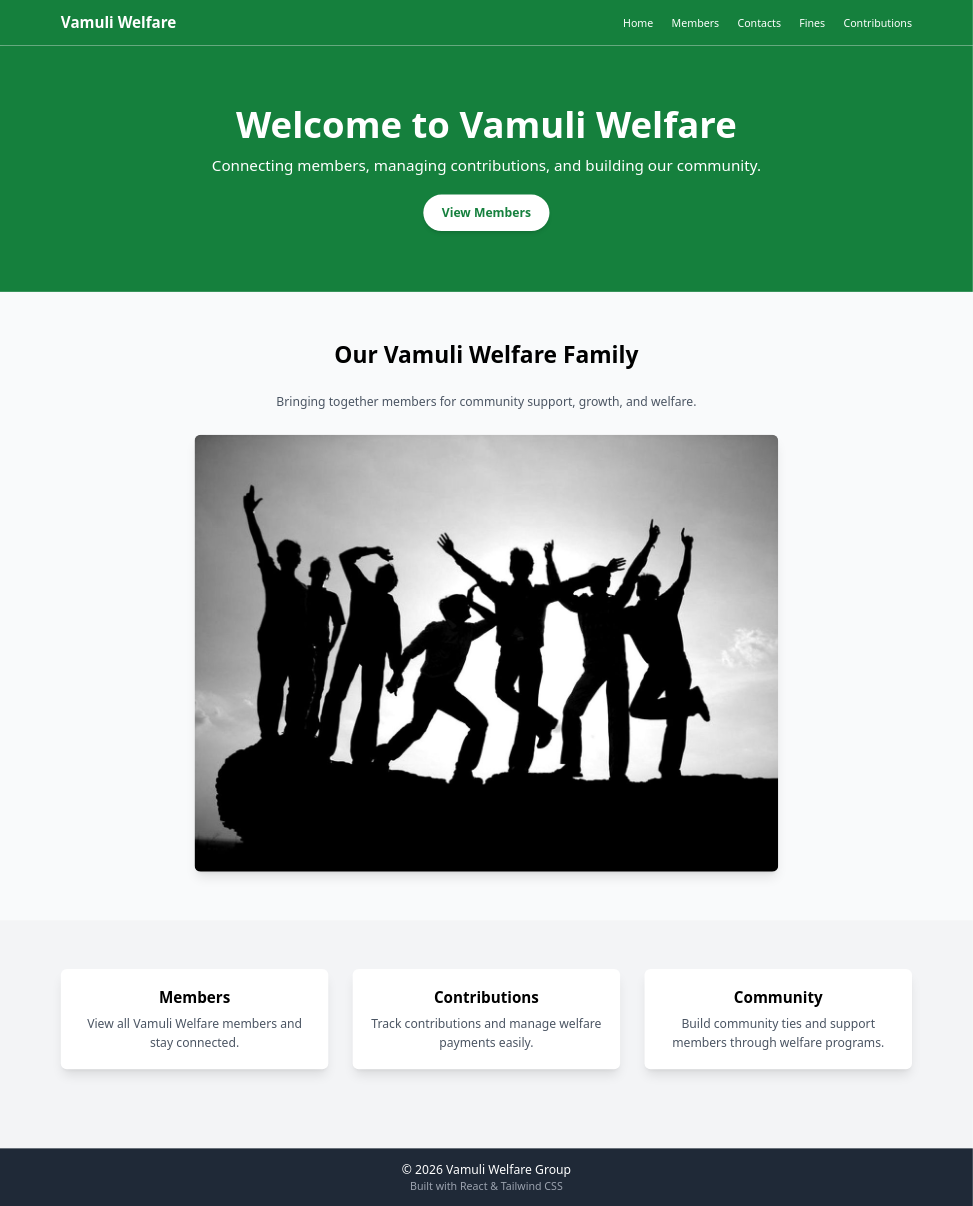
Repository: Engineer-collo/Vamuli-welfare
Page: /
An editor plug-in stored every save of this project. The page is shown before and after a run of saves, followed by the edit.
The browser window is 1280 px wide. The pictures show the whole page, at 76% of full size.
The project was rebuilt for these pictures with package versions that can differ from the ones it lists, and the page was loaded fresh each time. Also part of the build but not shown: vite.config.js, src/pages/Members.jsx, src/pages/ContributionsTable.jsx, src/pages/FinesTable.jsx.

Above is the page before, as saved 2026-03-16 10:55:25.

### index.html
<!doctype html>
<html lang="en">
  <head>
    <meta charset="UTF-8" />
    <link rel="icon" type="image/svg+xml" href="/favicon.svg" />
    <meta name="viewport" content="width=device-width, initial-scale=1.0" />
    <title>vamuli-welfare</title>
  </head>
  <body>
    <div id="root"></div>
    <script type="module" src="/src/main.jsx"></script>
  </body>
</html>

### src/App.jsx
import { BrowserRouter as Router, Routes, Route } from "react-router-dom";

import Navbar from "./components/Navbar";
import Footer from "./components/Footer";

import Home from "./pages/Home";
import Members from "./pages/Members";
import ContributionsTable from "./pages/ContributionsTable";
import FinesTable from "./pages/FinesTable";

function App() {
  return (
    <Router>
      <div className="bg-gray-100 min-h-screen">

        <Navbar />

        <Routes>
          <Route path="/" element={<Home />} />
          <Route path="/members" element={<Members />} />
          <Route path="/contributions" element={<ContributionsTable />} />
          <Route path="/fines" element={<FinesTable />} />

        </Routes>

        <Footer />

      </div>
    </Router>
  );
}

export default App;

### src/components/Navbar.jsx
import { Link } from "react-router-dom";

function Navbar() {
  return (
    <nav className="bg-green-700 text-white shadow-md">
      <div className="max-w-6xl mx-auto flex justify-between items-center p-4">

        <h1 className="text-xl font-bold">
          <Link to="/">Vamuli Welfare</Link>
        </h1>

        <ul className="flex gap-6 text-sm">
          <li>
            <Link to="/" className="hover:text-gray-200">Home</Link>
          </li>

          <li>
            <Link to="/members" className="hover:text-gray-200">Members</Link>
          </li>

          <li>
            <Link to="/contacts" className="hover:text-gray-200">Contacts</Link>
          </li>

          <li>
            <Link to="/fines" className="hover:text-gray-200">Fines</Link>
          </li>

          <li>
            <Link to="/contributions" className="hover:text-gray-200">Contributions</Link>
          </li>
        </ul>

      </div>
    </nav>
  );
}

export default Navbar;

### src/components/Footer.jsx
import React from "react";

function Footer() {
  return (
    <footer className="bg-gray-800 text-white mt-10">
      <div className="max-w-6xl mx-auto text-center p-4">
        <p>© 2026 Vamuli Welfare Group</p>
        <p className="text-sm text-gray-400">
          Built with React & Tailwind CSS
        </p>
      </div>
    </footer>
  );
}

export default Footer;

### src/pages/Home.jsx
import React from "react";
import groupPhoto from "../assets/vamuli-group.jpg"; // place your photo in src/assets/

function Home() {
  return (
    <div className="bg-gray-50 min-h-screen">
      {/* Hero Section */}
      <section className="bg-green-700 text-white py-20">
        <div className="max-w-6xl mx-auto px-4 text-center">
          <h1 className="text-4xl md:text-5xl font-extrabold mb-4">
            Welcome to Vamuli Welfare
          </h1>
          <p className="text-lg md:text-xl mb-6">
            Connecting members, managing contributions, and building our community.
          </p>
          <a
            href="/members"
            className="inline-block bg-white text-green-700 font-bold px-6 py-3 rounded-full shadow-md hover:bg-gray-100 transition"
          >
            View Members
          </a>
        </div>
      </section>

      {/* Group Photo Section */}
      <section className="max-w-6xl mx-auto px-4 py-16">
        <h2 className="text-3xl font-bold text-center mb-8">
          Our Vamuli Welfare Family
        </h2>
        <p className="text-center text-gray-600 mb-8">
          Bringing together members for community support, growth, and welfare.
        </p>

        <div className="flex justify-center">
          <img
            src={groupPhoto}
            alt="Vamuli Welfare Group"
            className="rounded-lg shadow-lg w-full max-w-3xl object-cover"
          />
        </div>
      </section>

      {/* Info Cards Section */}
      <section className="bg-gray-100 py-16">
        <div className="max-w-6xl mx-auto px-4 grid md:grid-cols-3 gap-8 text-center">
          <div className="bg-white rounded-lg shadow-lg p-6 hover:shadow-xl transition">
            <h3 className="text-xl font-bold mb-2">Members</h3>
            <p className="text-gray-600">
              View all Vamuli Welfare members and stay connected.
            </p>
          </div>
          <div className="bg-white rounded-lg shadow-lg p-6 hover:shadow-xl transition">
            <h3 className="text-xl font-bold mb-2">Contributions</h3>
            <p className="text-gray-600">
              Track contributions and manage welfare payments easily.
            </p>
          </div>
          <div className="bg-white rounded-lg shadow-lg p-6 hover:shadow-xl transition">
            <h3 className="text-xl font-bold mb-2">Community</h3>
            <p className="text-gray-600">
              Build community ties and support members through welfare programs.
            </p>
          </div>
        </div>
      </section>
    </div>
  );
}

export default Home;

### tailwind.config.js
/** @type {import('tailwindcss').Config} */
module.exports = {
  content: [
    "./index.html",
    "./src/**/*.{js,jsx}"
  ],
  theme: {
    extend: {},
  },
  plugins: [],
};

Loaded but not shown: src/main.jsx (common file); src/index.css (common file)

After the next 3 saves:
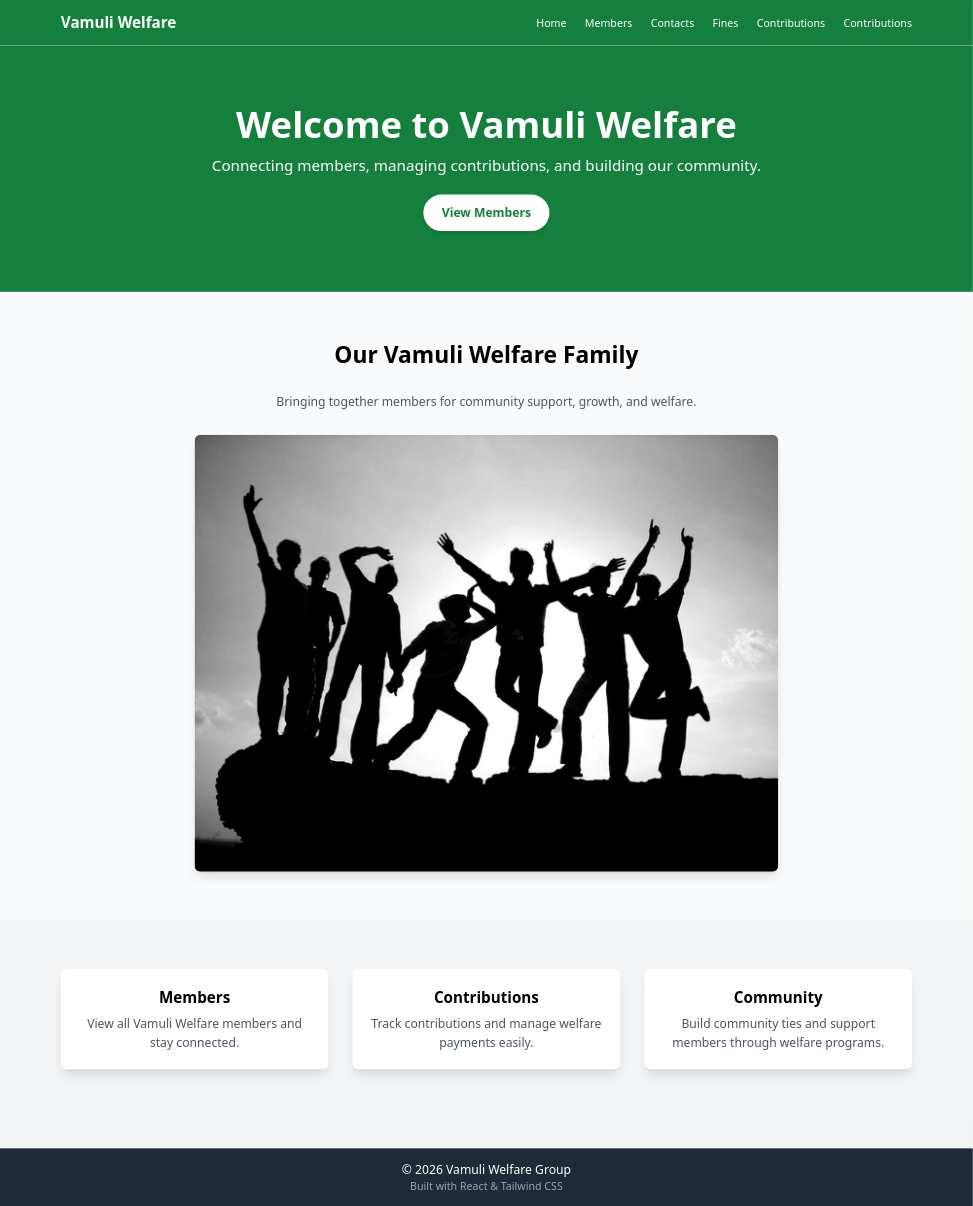
The 3 saves are shown as one change because they came seconds apart.
The last was saved 18 s later.
--- a/src/components/Navbar.jsx
+++ b/src/components/Navbar.jsx
@@ -29,6 +29,11 @@ function Navbar() {
           <li>
             <Link to="/contributions" className="hover:text-gray-200">Contributions</Link>
           </li>
+
+          <li>
+            <Link to="/contributions" className="hover:text-gray-200">Contributions</Link>
+          </li>
+
         </ul>
 
       </div>
